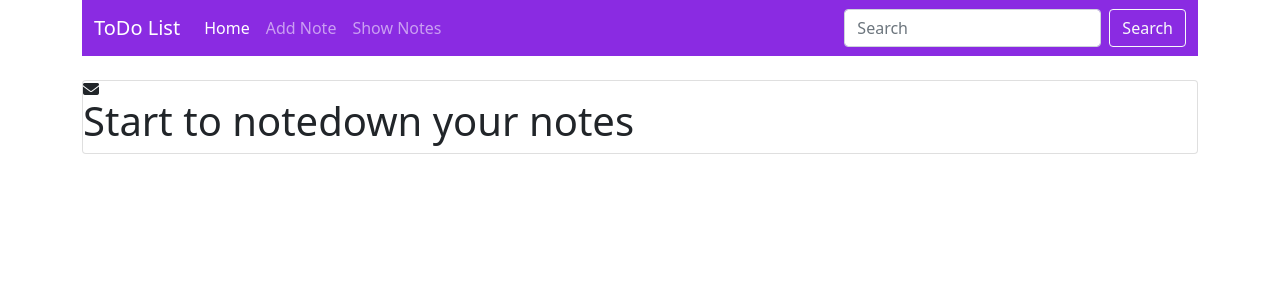
Repository: VishalSalvi17/Hibernate
Page: http://localhost/ToDoList/
The author's editor kept a copy of each file at every save. The page is drawn from the files as they stood at one save, then again after the next save.
The browser window is 1280 px wide. The pictures show the whole page.
Some web libraries are served in a nearby version. The page is served by Tomcat 9. Other server files are loaded and not shown.

Above is the page before, as saved 2023-03-17 06:48:32.

### ToDoList/src/main/webapp/index.jsp
<!doctype html>
<html lang="en">
<head>
<!-- Required meta tags -->
<meta charset="utf-8">
<meta name="viewport" content="width=device-width, initial-scale=1">

<title>TODO List : Home Page</title>
<%@include file="all_js_css.jsp"%>
<link rel="stylesheet"
	href="https://cdnjs.cloudflare.com/ajax/libs/font-awesome/6.3.0/css/all.min.css"
	integrity="sha512-SzlrxWUlpfuzQ+pcUCosxcglQRNAq/DZjVsC0lE40xsADsfeQoEypE+enwcOiGjk/bSuGGKHEyjSoQ1zVisanQ=="
	crossorigin="anonymous" referrerpolicy="no-referrer" />
</head>
<body>
	<div class="container">
		<%@include file="navbar.jsp"%>
		<br>
		<div class="card">
		<!-- <img alt="" src="">-->
		<i class="fa-solid fa-envelope"></i>
		<h1>Start to notedown your notes</h1>
		</div>
	</div>
</body>
</html>

### ToDoList/src/main/webapp/all_js_css.jsp
<!-- Bootstrap CSS -->
<link
	href="https://cdn.jsdelivr.net/npm/bootstrap@5.0.2/dist/css/bootstrap.min.css"
	rel="stylesheet"
	integrity="sha384-EVSTQN3/azprG1Anm3QDgpJLIm9Nao0Yz1ztcQTwFspd3yD65VohhpuuCOmLASjC"
	crossorigin="anonymous">

<!-- style path-->
<link href="css/style.css" rel="stylesheet">

<!-- Option 1: Bootstrap Bundle with Popper -->
<script
	src="https://cdn.jsdelivr.net/npm/bootstrap@5.0.2/dist/js/bootstrap.bundle.min.js"
	integrity="sha384-MrcW6ZMFYlzcLA8Nl+NtUVF0sA7MsXsP1UyJoMp4YLEuNSfAP+JcXn/tWtIaxVXM"
	crossorigin="anonymous"></script>

<!-- Option 2: Separate Popper and Bootstrap JS -->
<script
	src="https://cdn.jsdelivr.net/npm/@popperjs/core@2.9.2/dist/umd/popper.min.js"
	integrity="sha384-IQsoLXl5PILFhosVNubq5LC7Qb9DXgDA9i+tQ8Zj3iwWAwPtgFTxbJ8NT4GN1R8p"
	crossorigin="anonymous"></script>
<script
	src="https://cdn.jsdelivr.net/npm/bootstrap@5.0.2/dist/js/bootstrap.min.js"
	integrity="sha384-cVKIPhGWiC2Al4u+LWgxfKTRIcfu0JTxR+EQDz/bgldoEyl4H0zUF0QKbrJ0EcQF"
	crossorigin="anonymous"></script>

### ToDoList/src/main/webapp/navbar.jsp
<nav class="navbar navbar-expand-lg navbar-dark blue">
  <div class="container-fluid">
    <a class="navbar-brand" href="index.jsp">ToDo List</a>
    <button class="navbar-toggler" type="button" data-bs-toggle="collapse" data-bs-target="#navbarSupportedContent" aria-controls="navbarSupportedContent" aria-expanded="false" aria-label="Toggle navigation">
      <span class="navbar-toggler-icon"></span>
    </button>
    <div class="collapse navbar-collapse" id="navbarSupportedContent">
      <ul class="navbar-nav me-auto mb-2 mb-lg-0">
        <li class="nav-item">
          <a class="nav-link active" aria-current="page" href="index.jsp">Home</a>
        </li>
        <li class="nav-item">
          <a class="nav-link" href="addnote.jsp">Add Note</a>
        </li>
        <li class="nav-item">
          <a class="nav-link" href="all_notes.jsp" tabindex="-1">Show Notes</a>
        </li>
      </ul>
      <form class="d-flex">
        <input class="form-control me-2" type="search" placeholder="Search" aria-label="Search">
        <button class="btn btn-outline-light" type="submit">Search</button>
      </form>
    </div>
  </div>
</nav>

### ToDoList/src/main/webapp/css/style.css
.blue{
	background:#8A2BE2;
}

After the next save:
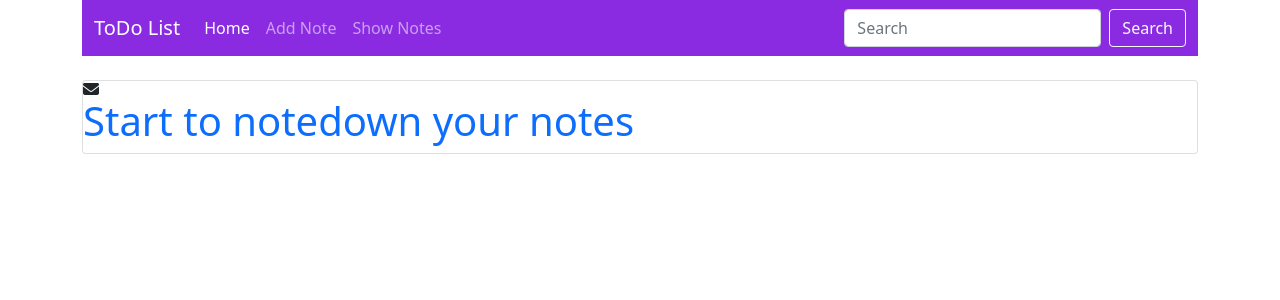
Saved 17 s later.
--- a/ToDoList/src/main/webapp/index.jsp
+++ b/ToDoList/src/main/webapp/index.jsp
@@ -19,7 +19,7 @@
 		<div class="card">
 		<!-- <img alt="" src="">-->
 		<i class="fa-solid fa-envelope"></i>
-		<h1>Start to notedown your notes</h1>
+		<h1 class = "text-primary">Start to notedown your notes</h1>
 		</div>
 	</div>
 </body>
